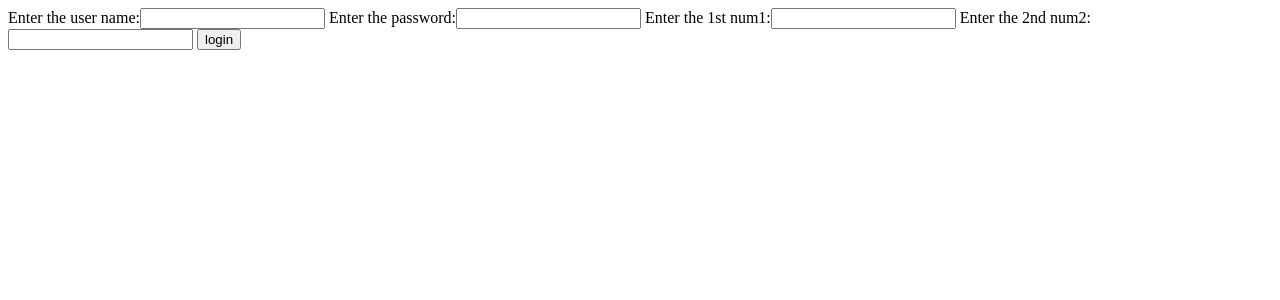
Repository: Tarun-raj1999/MyProjects
Page: Projects/AdvanceJavaProject1/src/main/webapp/index.html
The author's editor kept a copy of each file at every save. The page is drawn from the files as they stood at one save, then again after the next save.
The browser window is 1280 px wide. The pictures show the whole page.

Above is the page before, as saved 2024-07-11 07:44:09.

### Projects/AdvanceJavaProject1/src/main/webapp/index.html
<!DOCTYPE html>
<html>
<head>
<meta charset="UTF-8">
<title>Insert title here</title>
</head>
<body>
<form action="ServletOne" method="post">
Enter the user name:<input type="text" name="username"/>
Enter the password:<input type="password" name="password"/>
Enter the 1st num1:<input type="text" name="num1"/>
Enter the 2nd num2:<input type="text" name="num2"/>
<button type="submit">login</button>
</form>
</body>
</html>

After the next save:
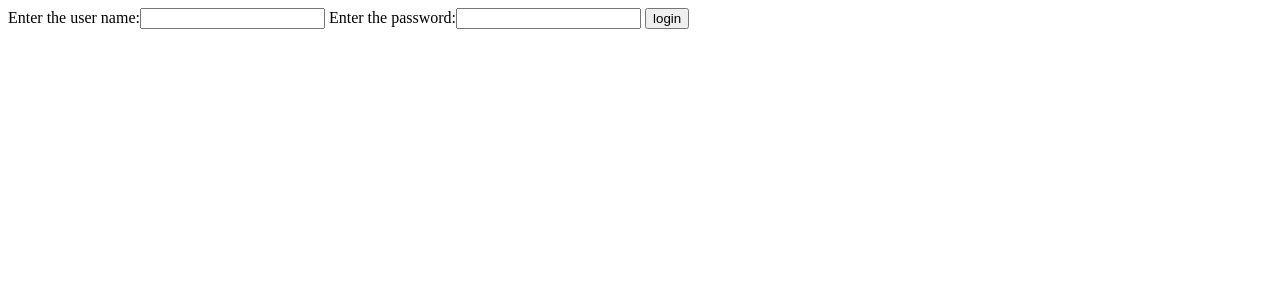
Saved 11 s later.
--- a/Projects/AdvanceJavaProject1/src/main/webapp/index.html
+++ b/Projects/AdvanceJavaProject1/src/main/webapp/index.html
@@ -8,8 +8,6 @@
 <form action="ServletOne" method="post">
 Enter the user name:<input type="text" name="username"/>
 Enter the password:<input type="password" name="password"/>
-Enter the 1st num1:<input type="text" name="num1"/>
-Enter the 2nd num2:<input type="text" name="num2"/>
 <button type="submit">login</button>
 </form>
 </body>
